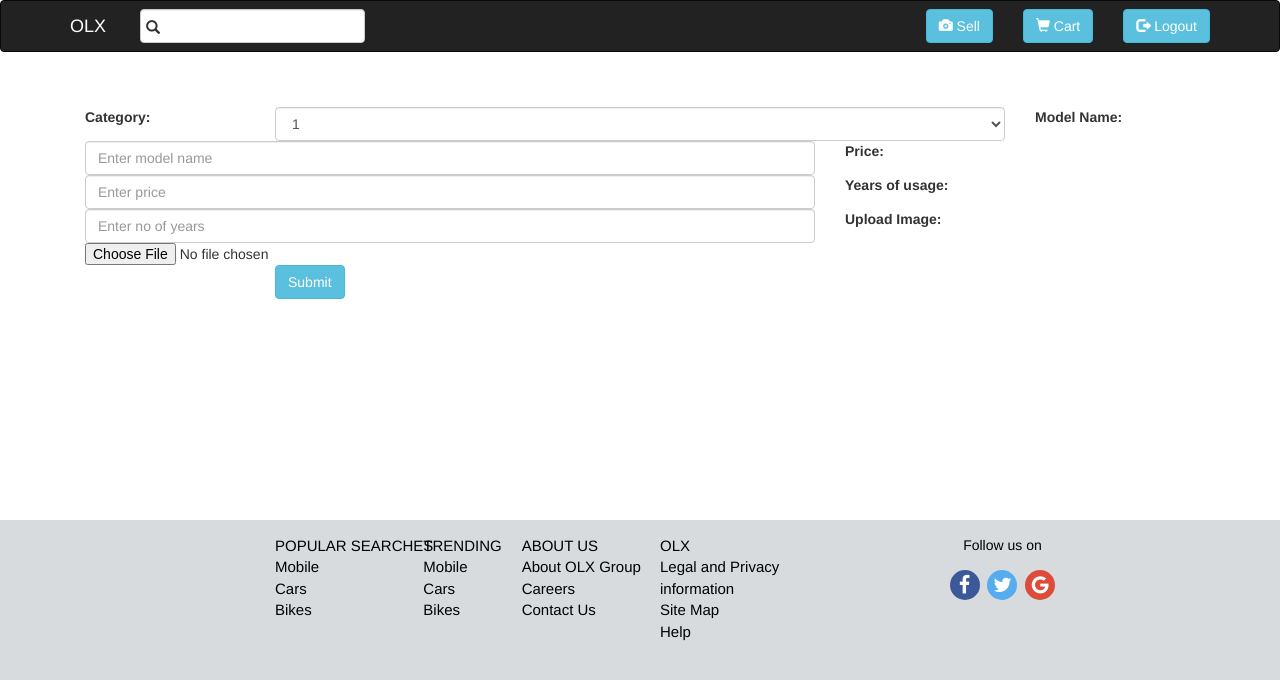
Repository: suganthisarathy/spring_hibernate
Page: http://localhost/olx_resale/WEB-INF/views/SellProduct.jsp
These files come from the project's save history. The page is drawn as it stood at one moment and after the next save; the edit follows.
The browser window is 1280 px wide. The pictures show the whole page.
The page is served by Tomcat 9. Nobody is signed in. The template is opened directly, without the code that normally fills it, so the values that code supplies are empty.

Above is the page before, as saved 2019-05-29 09:55:42.

After the next save:
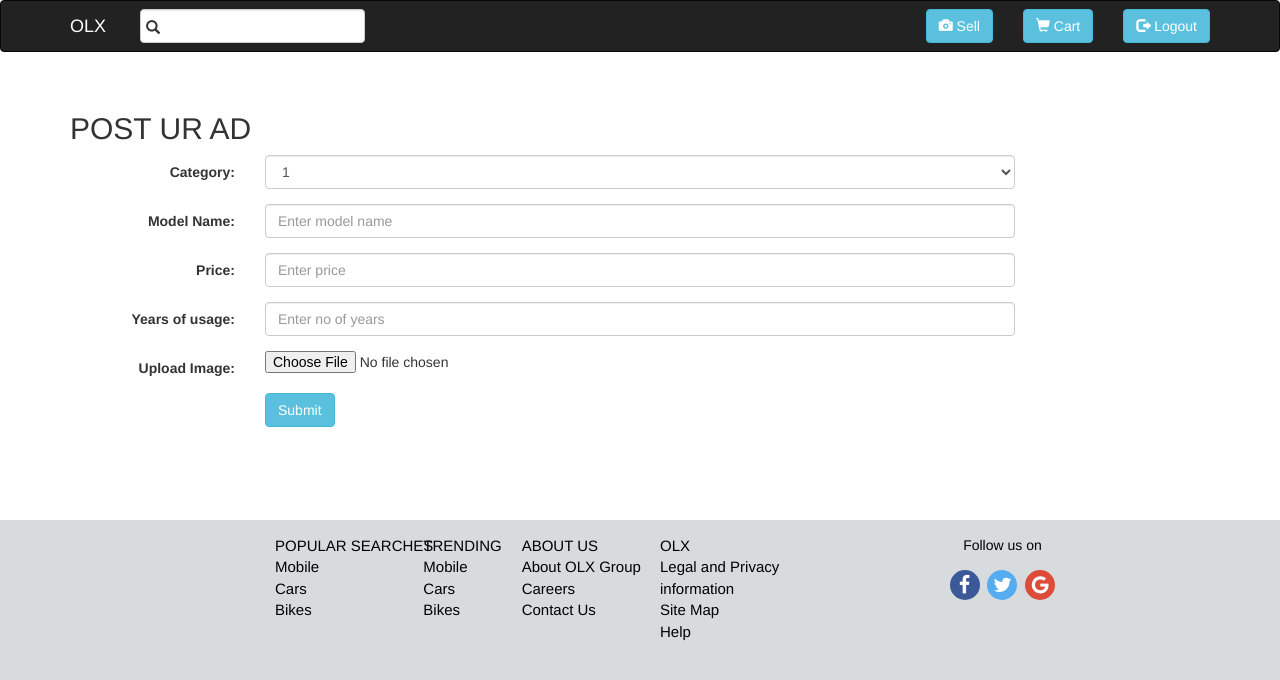
Saved 25 s later.
--- a/olx_resale/src/main/webapp/WEB-INF/views/SellProduct.jsp
+++ b/olx_resale/src/main/webapp/WEB-INF/views/SellProduct.jsp
@@ -18,10 +18,11 @@
 <body>
  <br/>
 <div class="container">
-  <form action="" method="post">
-
-
-
+   <h2>POST UR AD</h2>
+  <div class="card">
+    <div class="card-body"><form class="form-horizontal" action="/action_page.php">
+    <form action="" method="post">
+     <fieldset>
     <div class="form-group">
       <label class="control-label col-sm-2" for="email">Category:</label>
       <div class="col-sm-8">
@@ -67,7 +68,7 @@
         <button type="submit" class="btn btn-info">Submit</button>
       </div>
     </div>
-
+    </fieldset>
   </form></div>
   </div>
 </div>
